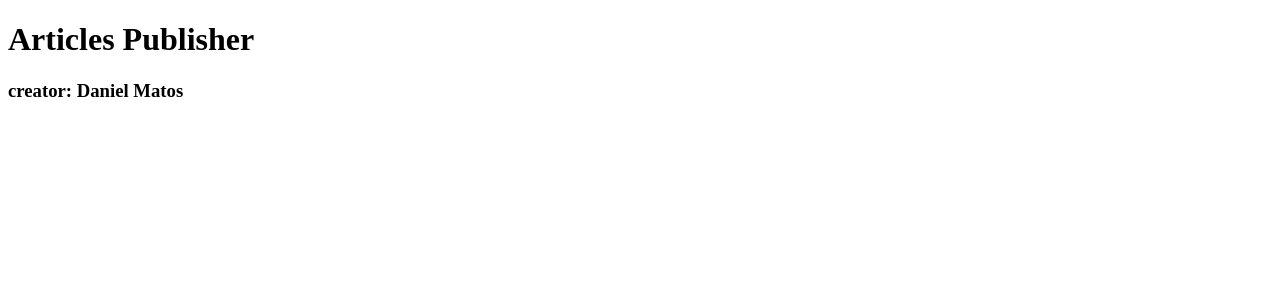
Repository: batmit/publish_articles
Page: /
These files come from the project's save history. The page is drawn as it stood at one moment and after the next save; the edit follows.
The browser window is 1280 px wide. The pictures show the whole page.
The project was rebuilt for these pictures with package versions that can differ from the ones it lists, and the page was loaded fresh each time. Also part of the build but not shown: src/styles/Home.scss.

Above is the page before, as saved 2021-06-28 21:17:27.

### public/index.html
<!DOCTYPE html>
<html lang="en">
  <head>
    <meta charset="utf-8" />
    <meta name="viewport" content="width=device-width, initial-scale=1" />
    <meta name="theme-color" content="#000000" />
    <meta
      name="description"
      content="Web site created using create-react-app"
    />
    <title>publish_articles</title>
  </head>
  <body>
    <noscript>You need to enable JavaScript to run this app.</noscript>
    <div id="root"></div>
    <!--
      This HTML file is a template.
      If you open it directly in the browser, you will see an empty page.

      You can add webfonts, meta tags, or analytics to this file.
      The build step will place the bundled scripts into the <body> tag.

      To begin the development, run `npm start` or `yarn start`.
      To create a production bundle, use `npm run build` or `yarn build`.
    -->
  </body>
</html>

### src/App.tsx
import React from 'react';

import {Home} from './pages/Home'


function App() {
  return (
      <Home />
  );
}

export default App;

### src/pages/Home.tsx
import '../styles/Home.scss'

export function Home() {
    return (
        <header>
            <h1>Articles Publisher</h1>
            <h3>creator: Daniel Matos</h3>
        </header>

    );
}

### src/styles/global.scss
* {
    margin: 0;
    padding: 0;
    box-sizing: boder-box;
}

body{
    background: #f8f8f8;
    color: #29292e;
}

body, input, button, textarea {
    font: 400 16px 'Roboto', sans-serif ; // se não rodar o Roboto pega o sans-serif
}

Loaded but not shown: src/index.tsx (common file)

After the next save:
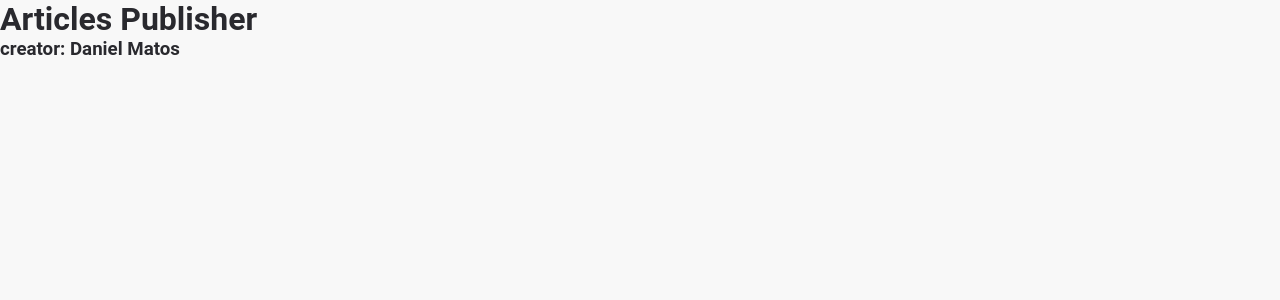
Saved 29 s later.
--- a/src/App.tsx
+++ b/src/App.tsx
@@ -1,6 +1,8 @@
 import React from 'react';
 
 import {Home} from './pages/Home'
+
+import './styles/global.scss'
 
 
 function App() {
